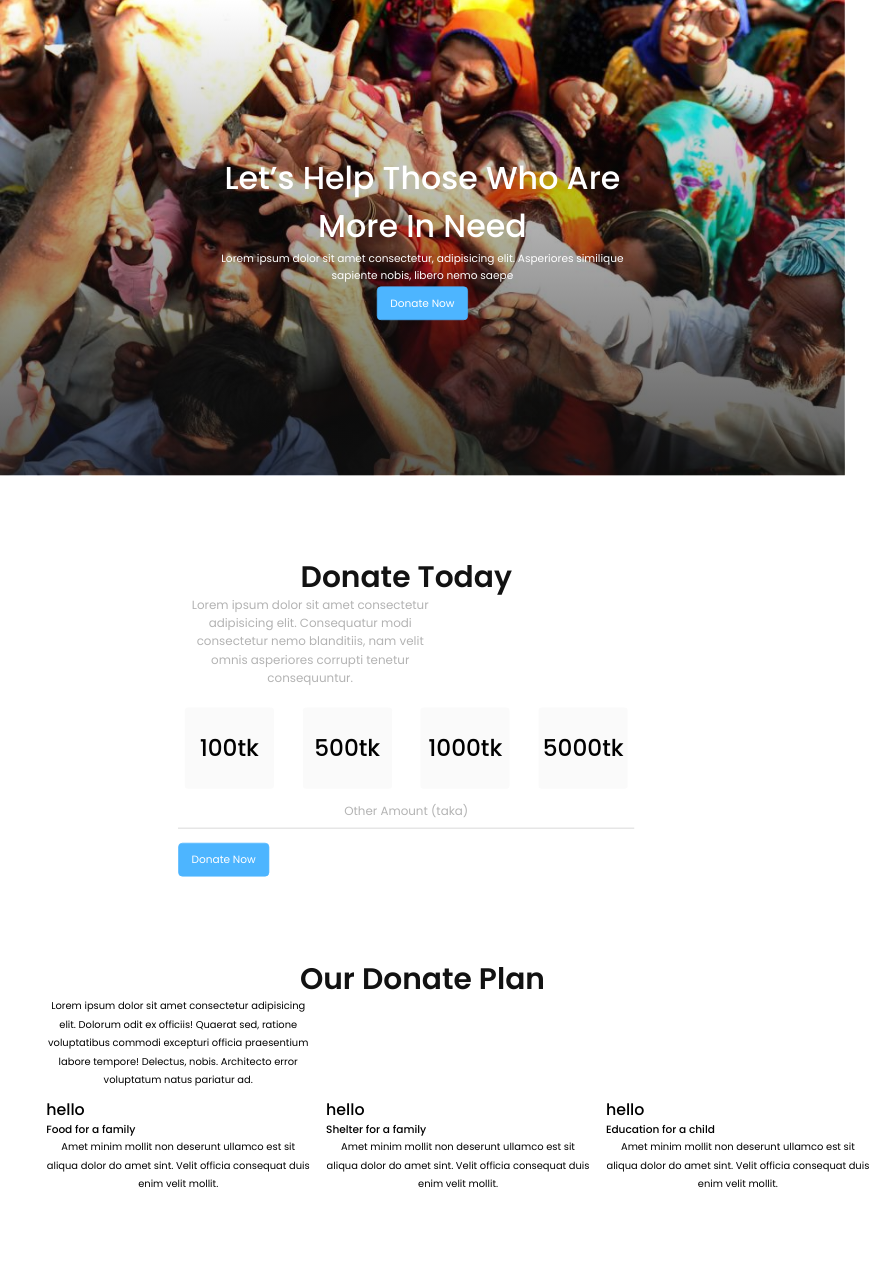
Repository: mdrubel02/donate-website
Page: index.html
An editor plug-in stored every save of this project. The page is shown before and after the next save, followed by the edit.
The browser window is 1280 px wide. The page is 1318 px wide, then 1280 px, so the pictures cover 1318 px, including what lies to the right of the window. The pictures show the whole page, at 66% of full size.

Above is the page before, as saved 2022-07-06 15:09:47.

### index.html
<!DOCTYPE html>
<html lang="en">

<head>
    <meta charset="UTF-8">
    <meta http-equiv="X-UA-Compatible" content="IE=edge">
    <meta name="viewport" content="width=device-width, initial-scale=1.0">
    <title>Our Donate Website</title>
    <link rel="stylesheet" href="./index.css">
</head>

<body>
    <!-- banner section -->
    <section class="banner-section">
        <div class="banner-content">
            <h1>Let’s Help Those Who Are More In Need</h1>
            <p >Lorem ipsum dolor sit amet consectetur, adipisicing elit. Asperiores similique
                sapiente nobis, libero nemo saepe</p>
            <a href="" class="btn btn-primary">Donate Now</a>
        </div>
    </section>

    <!-------- Donate Today------->
    <section class="container">
        <div class="donate-section">
            <h2 class="section-title">Donate Today</h2>

                <p class="small-title">Lorem ipsum dolor sit amet consectetur adipisicing elit. Consequatur modi
                    consectetur nemo blanditiis, nam velit omnis asperiores corrupti tenetur consequuntur.</p>

            <div class="donate-today">
                <div class="donate-content">
                    <h3>100<span>tk</span> </h3>
                </div>
                <div class="donate-content">
                    <h3>500<span>tk</span> </h3>
                </div>
                <div class="donate-content">
                    <h3>1000<span>tk</span> </h3>
                </div>
                <div class="donate-content">
                    <h3>5000<span>tk</span> </h3>
                </div>
            </div>
            <p>Other Amount <span>(taka)</span></p>
            <hr>
            <a href="" class="btn btn-primary">Donate Now</a>
        </div>
    </section>

    <!---------- donate plan section-------- -->
    <section class="container">
        <h3 class="section-title">Our Donate Plan</h3>
        <p class="small-title">Lorem ipsum dolor sit amet consectetur adipisicing elit. Dolorum odit ex officiis! Quaerat sed, ratione voluptatibus commodi excepturi officia praesentium labore tempore! Delectus, nobis. Architecto error voluptatum natus pariatur ad.</p>
        <div class="donate-plan-section">
            <div id="food" class="donate-plan-content">
                <h1>hello</h1>
                <h4>Food for a family</h4>
                <p class="small-title">Amet minim mollit non deserunt ullamco est sit aliqua dolor do amet sint. Velit officia consequat duis enim velit mollit.</p>
            </div>
            <div id="Shelter" class="donate-plan-content">
                <h1>hello</h1>
                <h4>Shelter for a family</h4>
                <p class="small-title">Amet minim mollit non deserunt ullamco est sit aliqua dolor do amet sint. Velit officia consequat duis enim velit mollit.</p>
            </div>
            <div id="education" class="donate-plan-content">
                <h1>hello</h1>
                <h4>Education for a child</h4>
                <p class="small-title">Amet minim mollit non deserunt ullamco est sit aliqua dolor do amet sint. Velit officia consequat duis enim velit mollit.</p>
            </div>
        </div>
    </section>
</body>

</html>

### index.css
/* =====GOOGLE FONTS====== */
@import url('https://fonts.googleapis.com/css2?family=Poppins:wght@300;400;500;600&display=swap');

/* =====COMMON STYLES====== */
* {
    margin: 0;
    padding: 0;
    border: 0;
    outline: 0;
    list-style: none;
    text-decoration: none;
}

body {
    font-family: 'Poppins', sans-serif;
}

h1,
h2,
h3,
h4,
h5,
h6 {
    font-weight: 500;
}

/* img {
    display: block;
    width: 100%;
    object-fit: cover;
} */

.container {
    max-width: 1200px;
    margin: 0 auto;
    padding: 0 30px;
    margin-top: 10%;
    margin-bottom: 10%;
    box-sizing: border-box;
}

a {
    color: #fff;
    transition: all 400ms ease;
}

a:hover {
    color: #fff;
}

.btn {
    text-align: center;
    width: max-content;
    display: inline-block;
    color: #fff;
    padding: 0.75rem 1.2rem;
    border-radius: 0.4rem;
    border: 1px solid #4db5ff;
    cursor: pointer;
    transition: all 400ms ease;
}

.btn:hover {
    background: #fff;
    color: #4db5ff;
    border: 1px solid #4db5ff;
}

.btn-primary {
    background: #4db5ff;
    color: #fff;
}

.section-title {
    color: #121212;
    font-weight: 700;
    font-size: 45px;
    line-height: 54px;
    text-align: center;
}

.small-title {
    font-family: 'Poppins';
    font-style: normal;
    font-weight: 400;
    width: 400px;
    font-size: 15px;
    line-height: 28px;
    text-align: center;
    display: block;
    margin-bottom: .9rem;
}

hr {
    border: 1px solid #DADADA;
    margin-bottom: 1.3rem;
}


/* ========BANNER SECTION STYLE======== */

.banner-section {
    background-image: url(./images/donation0.jpg);
    background-repeat: no-repeat;
    background-size: cover;
    background-position: center center;
    height: 100vh;
    width: 100%;
    position: relative;
    z-index: 1;
    display: flex;
    flex-direction: column;
    justify-content: center;
    align-items: center;
    text-align: center;
}

.banner-section:after {
    content: "";
    position: absolute;
    top: 0;
    left: 0;
    width: 100%;
    height: 100%;
    background: linear-gradient(360deg, #121212 0%, rgba(18, 18, 18, 0) 100%);
    opacity: .7;
    z-index: -5;
}

.banner-content {
    width: 50%;
}

.banner-content h1 {
    font-size: 3rem;
    color: #fff;
}

.banner-content p {
    margin-bottom: 5px;
    color: #fff;
}

/*=========== Donate section style========= */
.donate-today {
    display: flex;
    gap: 1.5rem;
    justify-content: space-around;

}

.donate-content {
    width: 135px;
    height: 123px;
    background: #FAFAFA;
    border-radius: 5px;
    font-size: 30px;
    font-weight: 700;
    line-height: 36px;
    display: flex;
    justify-content: center;
    align-items: center;
    margin: 1.2rem 0;
    transition: all 400ms ease;
}

.donate-content:hover {
    border: 2px solid #FF5959;
    border-radius: 5px;
    color: #FF5959;
}

.donate-section {
    width: 691px;
    margin-left: 200px;
}

.donate-section a {
    text-align: center;
}

.donate-section p {
    font-weight: 400;
    font-size: 18px;
    line-height: 28px;
    color: #B3B3B3;
    text-align: center;
    margin-bottom: .7rem;
}

/*========donate plan section======= */

.donate-plan-section {
    display: flex;
    gap: 1.5rem;
}

/* #Shelter {
    background:#dfe4ea;
    border-radius: 5px;
}
#food{
    background-color:#ffcccc;
}
#education{
    background-color: #F8EFBA;
}
.donate-plan-content{
    padding: 2rem 1rem;
} */

After the next save:
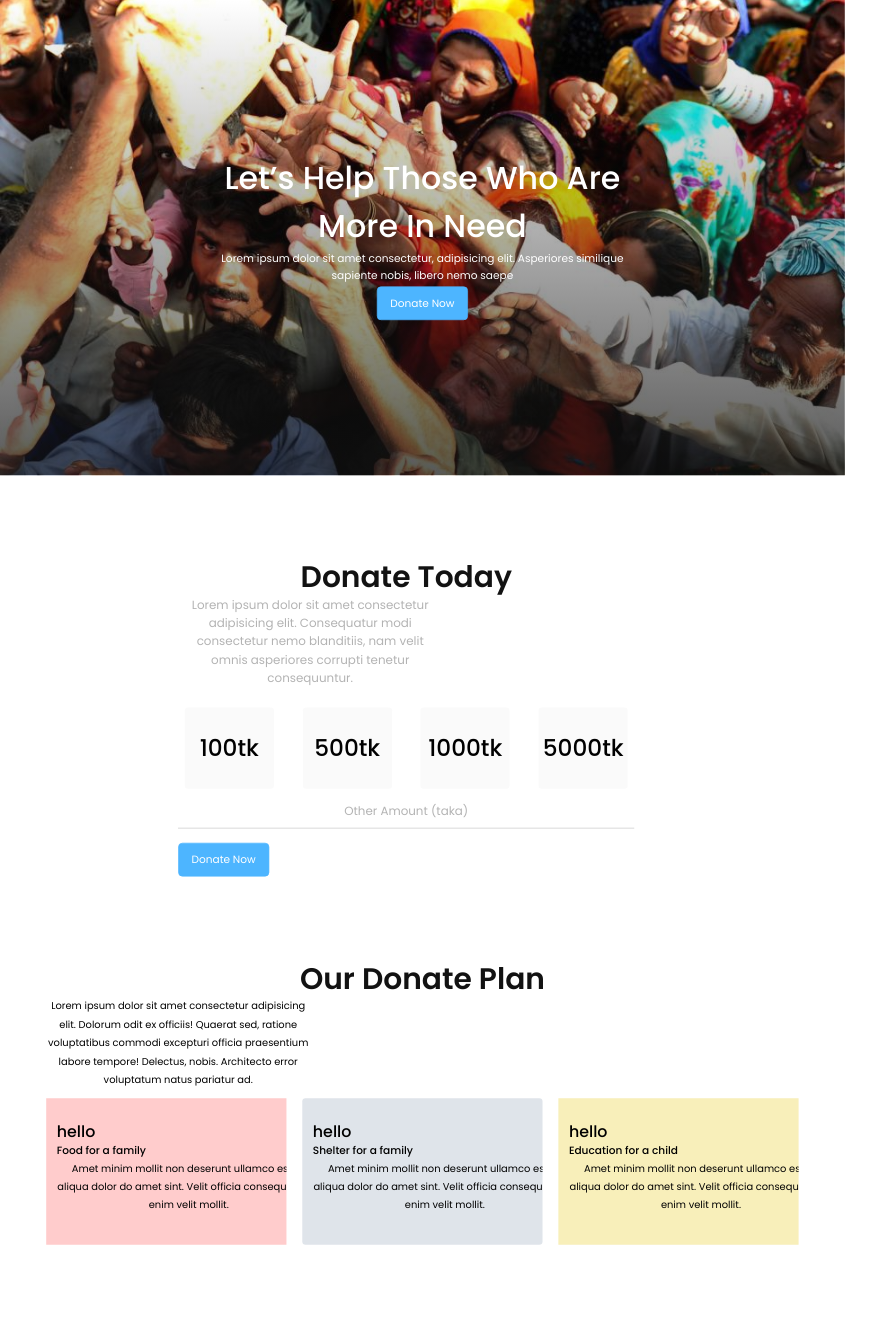
Saved 108 s later.
--- a/index.css
+++ b/index.css
@@ -195,7 +195,7 @@ hr {
     gap: 1.5rem;
 }
 
-/* #Shelter {
+#Shelter {
     background:#dfe4ea;
     border-radius: 5px;
 }
@@ -206,5 +206,6 @@ hr {
     background-color: #F8EFBA;
 }
 .donate-plan-content{
+    overflow: hidden;
     padding: 2rem 1rem;
-} */
+}
